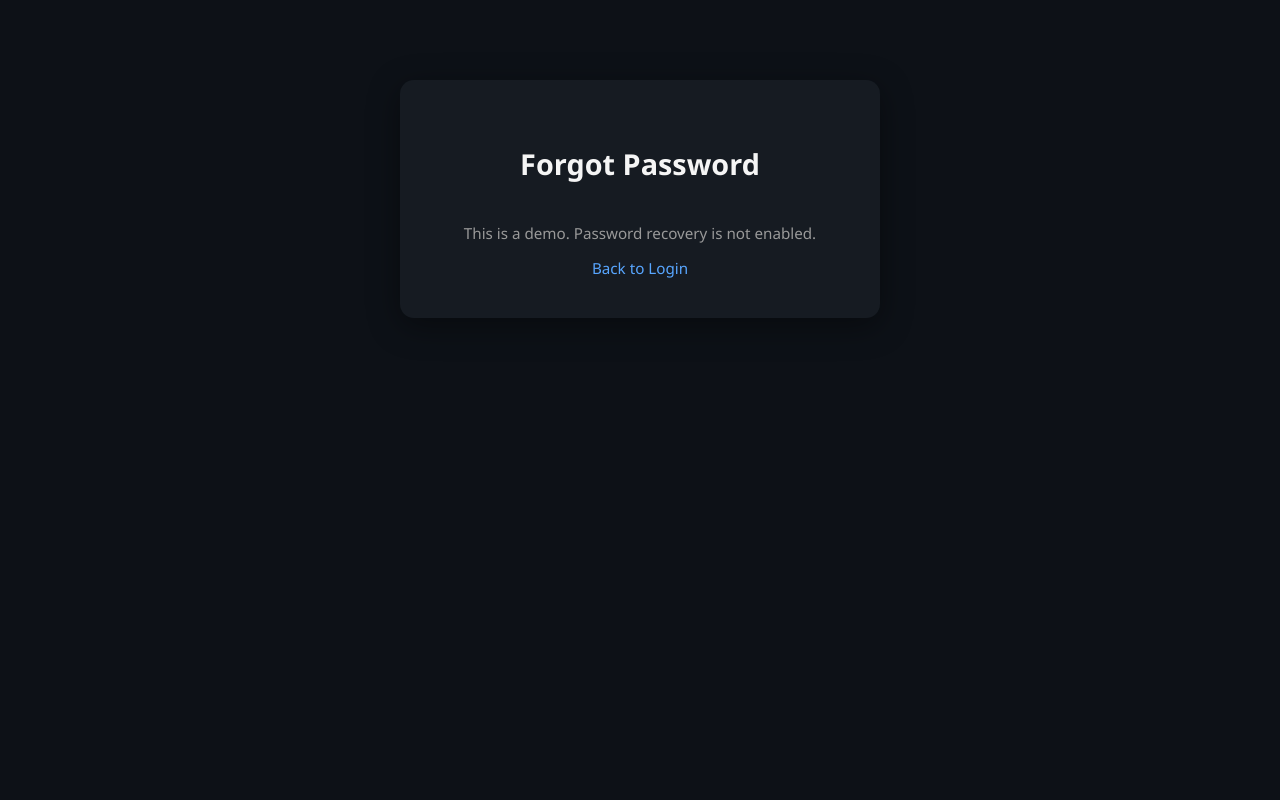
Repository: lowluds/auth-flask
Page: http://localhost/forgot
An editor plug-in stored every save of this project. The page is shown before and after the next save, followed by the edit.
The browser window is 1280 px wide. The pictures show the whole page.
The page is served by the project's application, run on Flask 3 (login.py).

Above is the page before, as saved 2025-07-10 21:56:35.

After the next save:
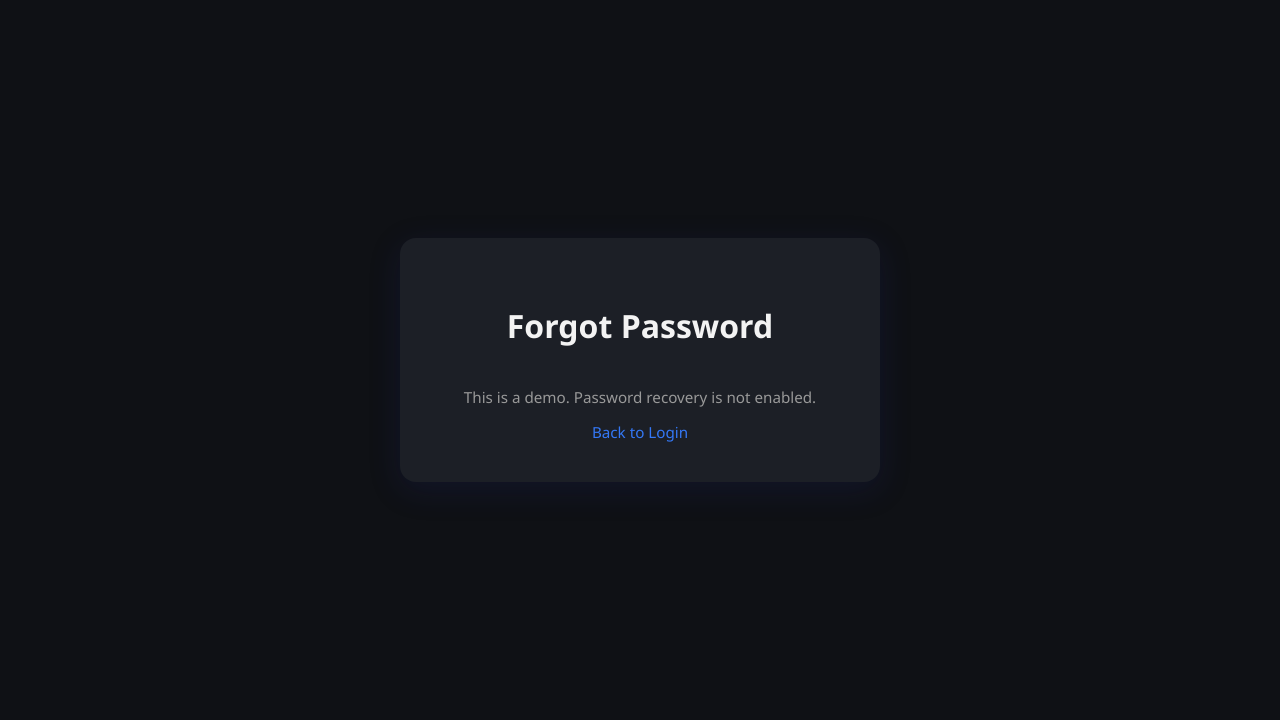
Saved 72 s later.
--- a/static/register.css
+++ b/static/register.css
@@ -1,24 +1,28 @@
 /* Global dark theme */
 body {
-    background: #0d1117;
+    background: #0f1115;
     font-family: 'Segoe UI', Tahoma, Geneva, Verdana, sans-serif;
     margin: 0;
     padding: 0;
-    color: #f5f5f5;
+    color: #f3f3f3;
     min-height: 100vh;
+    display: flex;
+    justify-content: center;
+    align-items: center;
 }
 
-/* Centered containers for login/register/dashboard */
+/* Shared container styles */
 .login-container,
 .register-container,
 .dashboard-container,
 .admin-dashboard-container {
-    background: #161b22;
+    background: #1c1f26;
     max-width: 420px;
-    margin: 80px auto;
+    width: 100%;
     padding: 40px 30px;
-    border-radius: 14px;
-    box-shadow: 0 8px 32px rgba(0, 0, 0, 0.4);
+    margin: 60px auto;
+    border-radius: 16px;
+    box-shadow: 0 8px 32px rgba(31, 38, 135, 0.18);
     display: flex;
     flex-direction: column;
     align-items: center;
@@ -29,10 +33,11 @@ body {
 .register-container h2,
 .dashboard-container h2,
 .admin-dashboard-container h2 {
-    color: #f5f5f5;
+    color: #f3f3f3;
     margin-bottom: 24px;
     font-weight: 600;
-    font-size: 1.8rem;
+    font-size: 2rem;
+    text-align: center;
 }
 
 /* Forms */
@@ -45,58 +50,62 @@ form {
 /* Labels */
 label {
     margin-bottom: 6px;
-    color: #ddd;
+    color: #ccc;
     font-size: 0.95rem;
 }
 
 /* Inputs */
 input,
 select {
-    padding: 12px;
+    padding: 14px;
     margin-bottom: 16px;
-    border: 1px solid #30363d;
-    border-radius: 8px;
-    background-color: #0d1117;
-    color: #f5f5f5;
+    border: none;
+    border-radius: 10px;
+    background-color: #2a2e39;
+    color: #f3f3f3;
     font-size: 1rem;
-    transition: border 0.2s, background-color 0.2s;
+    transition: all 0.2s ease-in-out;
+}
+
+input::placeholder {
+    color: #8a8f9c;
 }
 
 input:focus,
 select:focus {
-    border: 1.5px solid #1f6feb;
     outline: none;
-    background-color: #161b22;
+    background-color: #2f3541;
+    border: 1.5px solid #3478f6;
 }
 
 /* Buttons */
 button {
-    background-color: #1f6feb;
+    background-color: #0a58ca;
     color: #fff;
     border: none;
-    border-radius: 8px;
-    padding: 12px;
+    border-radius: 10px;
+    padding: 14px;
     font-size: 1rem;
     font-weight: 600;
     cursor: pointer;
-    transition: background-color 0.3s;
+    transition: background-color 0.3s ease;
     margin-top: 12px;
 }
 
 button:hover {
-    background-color: #1158c7;
+    background-color: #0846a1;
 }
 
 /* Links */
 a {
-    color: #58a6ff;
+    color: #3478f6;
     text-decoration: none;
     font-weight: 500;
     font-size: 0.95rem;
 }
 
 a:hover {
-    color: #1f6feb;
+    color: #5a9afc;
     text-decoration: underline;
 }
 
@@ -113,6 +122,14 @@ p {
     margin-bottom: 10px;
 }
 
+/* Flash error styling */
+.input-error {
+    color: #ff4d4d;
+    font-weight: bold;
+    margin-bottom: 12px;
+    text-align: center;
+}
+
 /* Responsive */
 @media (max-width: 600px) {
     .login-container,
